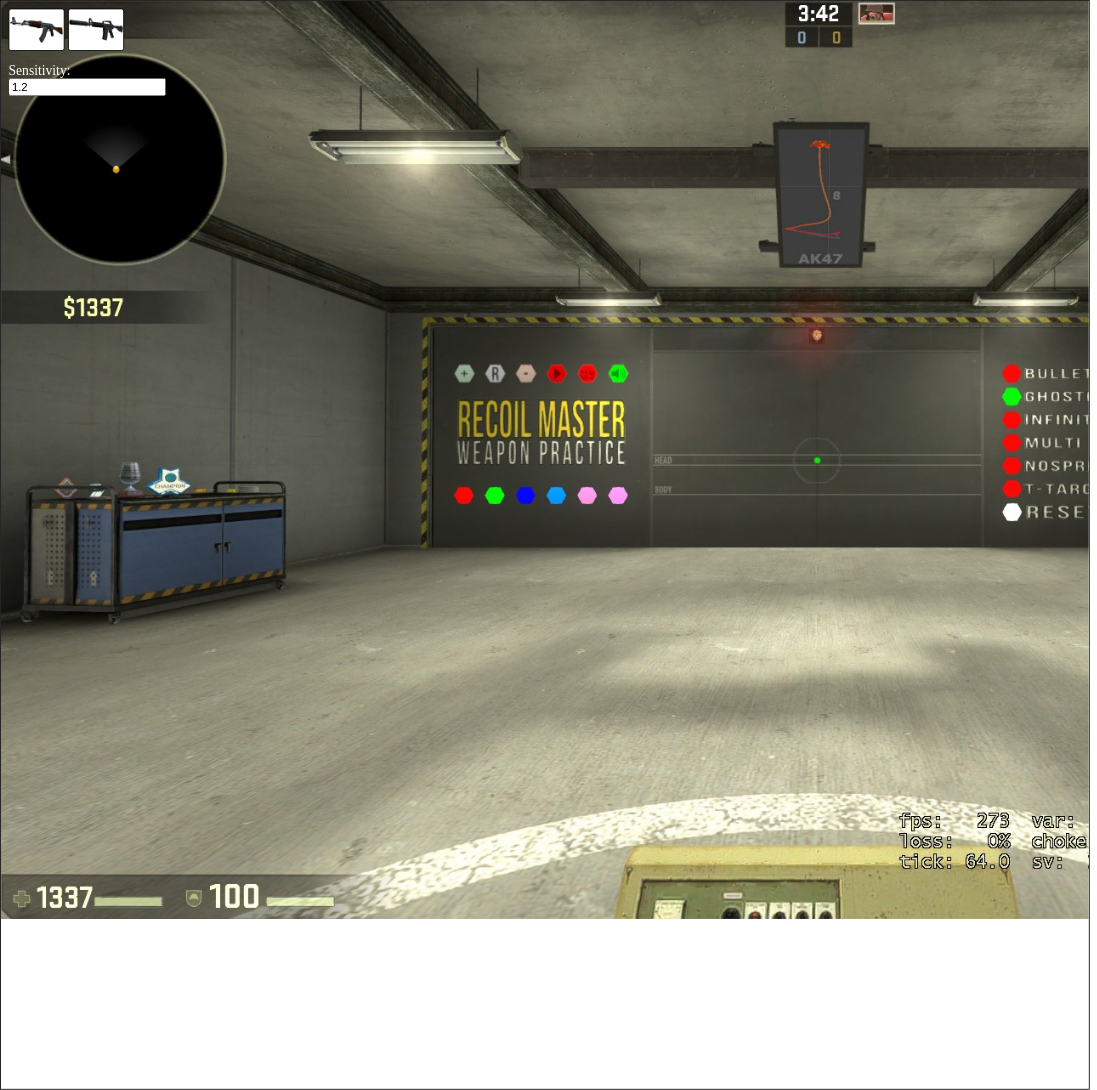
Repository: JerAguilon/GunSprayer
Page: Eclipse/SprayAndPray/index.html
The author's editor kept a copy of each file at every save. The page is drawn from the files as they stood at one save, then again after the next save.
The browser window is 1280 px wide. The page is 1290 px wide, so the pictures cover 1290 px, including what lies to the right of the window. The pictures show the whole page, at 85% of full size.

Above is the page before, as saved 2015-08-01 09:31:19.

### Eclipse/SprayAndPray/index.html
<!DOCTYPE html>
<html lang = "en">

<head>
	<title>Spray and pray</title>
	<link rel="stylesheet" href="css/styles.css">
</head>

<body>
	<div>
		<img src = "images/ak47.png" class = "guns"/>
		<img src = "images/m4a1-s.png" class = "guns"/>
	</div>

	<div>
		<canvas id="canvas">Your browser doesn't support HTML5.</canvas>
	</div>

	<form>

 		Sensitivity: <br>
		<input type = "text" name = "sensitivty" id = "sensitivity" value = "1.2"/>
	</form>

	<script type=text/javascript src ="js/main.js"></script>
	<noscript>Javascript not supported</noscript>


	<div class = "nocursor"></div>


</body>
</html>

### Eclipse/SprayAndPray/css/styles.css
body{
	margin: 0;

}.guns {
   border:1px solid #000000;
   border-radius:3px;
   width: 5%;
   height:auto;
   position:relative;
   top:10px;
   left:10px;
   z-index:2;
   background-color: #ffffff;
} canvas{
	border:1px solid #000000;
	display: block;
	position:absolute;
	top:0px;
	left:0px
	z-index:1;
} form {
	position:relative;
	top:20px;
	left:10px;
	z-index:2;
	color: #ffffff;
}

### Eclipse/SprayAndPray/js/main.js
var canvas = document.getElementById('canvas');
var context = canvas.getContext('2d');

canvas.width=window.innerWidth;
canvas.height=window.innerWidth;

make_base();
function make_base(){
	base_image = new Image();
	base_image.src = 'images/16-9.jpg';
	base_image.onload = function(){
		context.drawImage(base_image, 0,0);
	}
}



//gun data
var ak = [[0,0],[-2,0],[-18,1],[-19,2],[-29,3],[-43,3],[-58,7],[-71,11],[-79,10],[-86,4],
            [-88,-8],[-89,-17],[-92,-24],[-93,-30],[-92,-33],[-93,-33],[-96,-24],[-98,-13],[-100,-1],[-99,12],
            [-99,18],[-98,20],[-98,19],[-101,18],[-103,19],[-104,20],[-104,19],[-103,11],[-102,-3],[-97,-21]];
var akFireRate = 10;

normalizer = 1.6
for(i = 0; i < ak.length;i++){
	for(j = 0;j<2;j++){
		ak[i][j] = ak[i][j] * normalizer
	}
}



//gun shit here
var i = 0;
var radius = 3;
var firing = false;
var sensitivity = document.getElementById('sensitivity').value;

var currentX = null;
var currentY = null;
var originX = null;
var originY = null;

function onMouseUpdate(e){
	currentX = e.pageX;
	currentY = e.pageY;
}

var engage = function(e){
	firing = true;
	originX = e.pageX;
	originY = e.pageY;
	document.body.style.cursor = 'none';
}

setInterval( function() {fireBullet(currentX,currentY)}, 100 );


var fireBullet = function(x,y){

	sensitivity = document.getElementById('sensitivity').value;

	if(firing){
		context.beginPath();
	    context.fillStyle = 'red';
		context.arc((sensitivity/2.63) * (x-originX)+originX - ak[i][1], (sensitivity/2.63) * (y-originY)+originY +ak[i][0], radius, 0, Math.PI*2);
		context.fill();
		var audio = new Audio('sounds/ak.mp3');
		audio.play();
		if(i < 29){
			i++;
		} else if (i == 29){
			i=0;
			firing = false;
			document.body.style.cursor = 'pointer';
		}
	}
}

var ceasefire = function(){
	firing = false ;
	document.body.style.cursor = 'pointer';
	i=0;

}

canvas.addEventListener('mousedown', engage);
canvas.addEventListener('mousemove', onMouseUpdate);
canvas.addEventListener('mouseup',ceasefire);

After the next save:
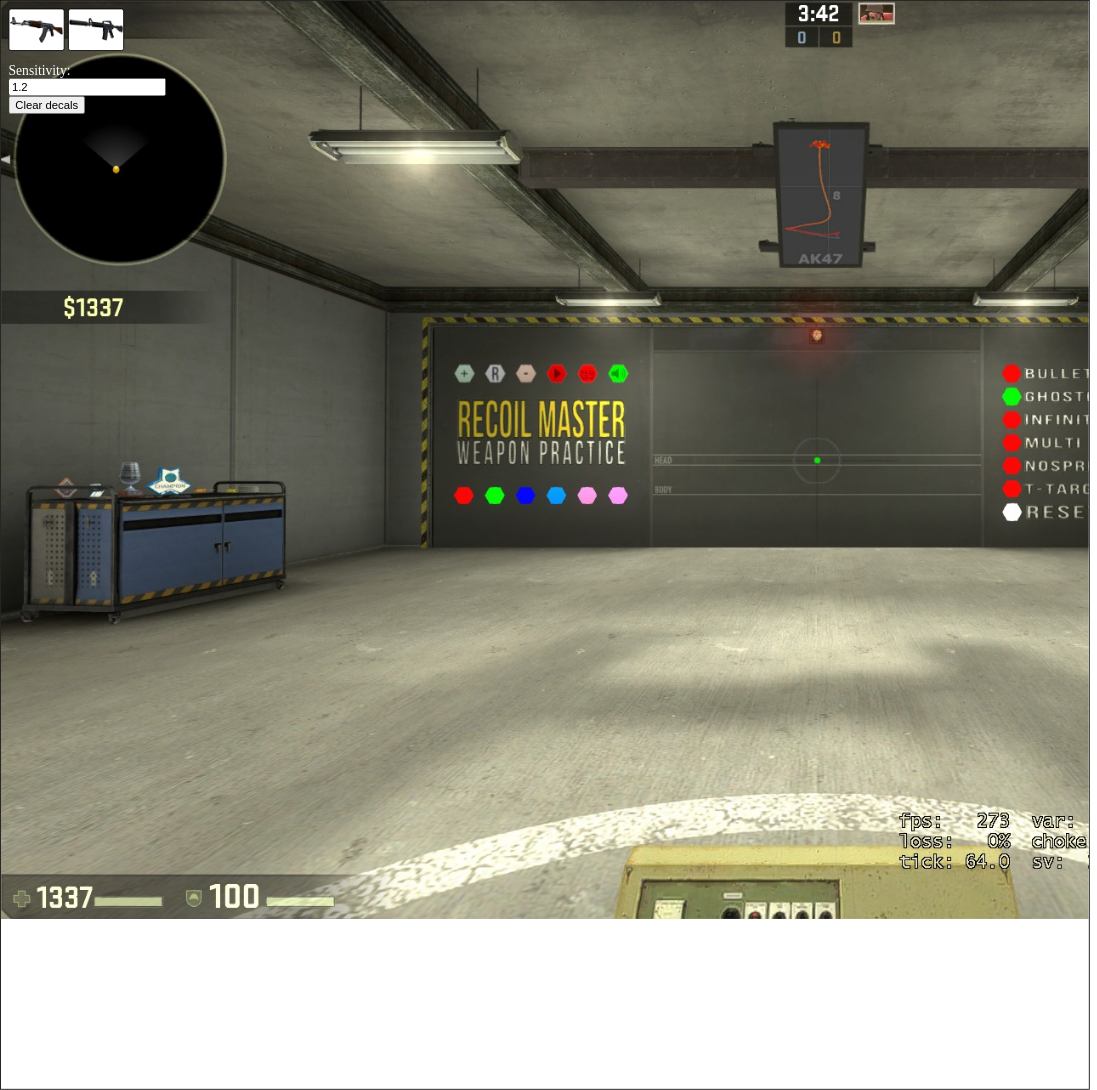
Saved 3 min 48 s later.
--- a/Eclipse/SprayAndPray/index.html
+++ b/Eclipse/SprayAndPray/index.html
@@ -18,8 +18,12 @@
 
 	<form>
 
- 		Sensitivity: <br>
+ 		Sensitivity:
+ 		<br>
 		<input type = "text" name = "sensitivty" id = "sensitivity" value = "1.2"/>
+		<br>
+		<button type ='button'>Clear decals</button>
+
 	</form>
 
 	<script type=text/javascript src ="js/main.js"></script>
